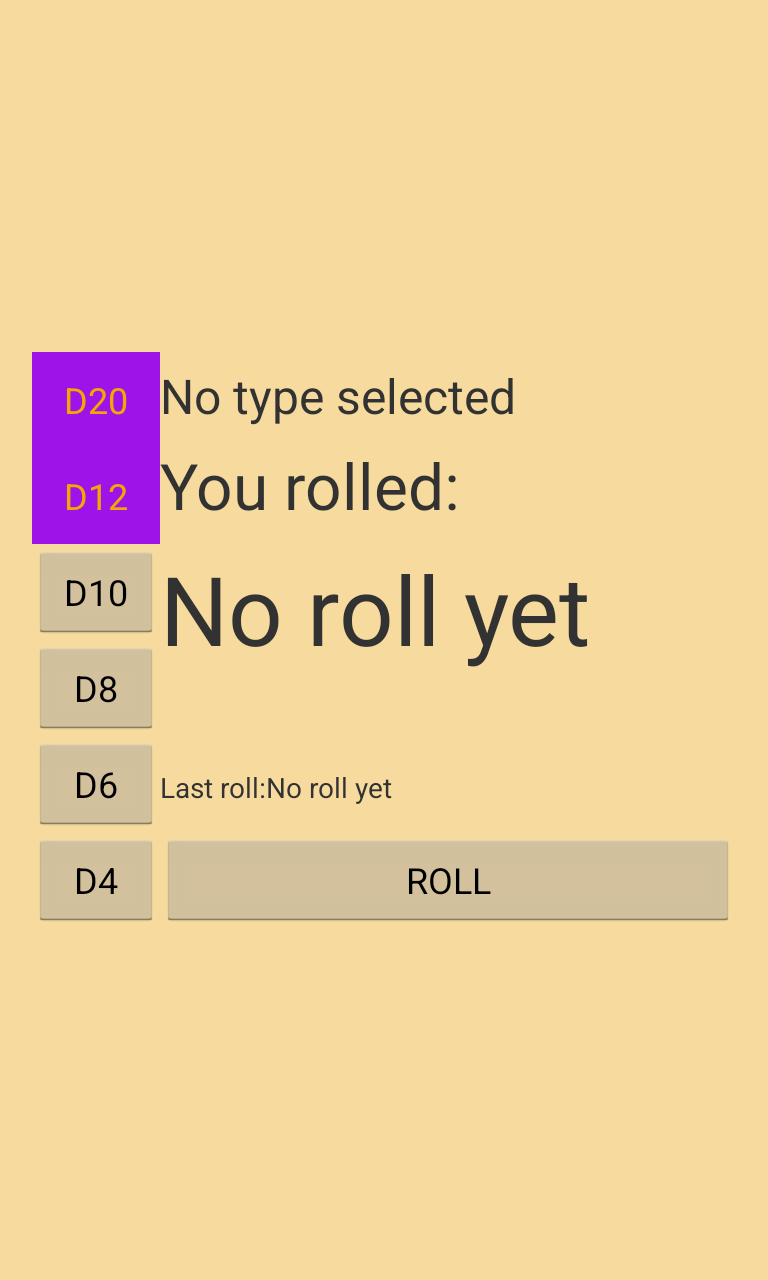
Repository: Bjodol/Roller
Layout: Roller3/res/layout/activity_main.xml
The author's editor kept a copy of each file at every save. The layout is drawn from the files as they stood at one save, then again after the next save.
It is drawn on a 768 x 1280 px phone screen (xhdpi) without system bars, with theme AppTheme; the app's code is not run. The app's manifest (not shown) leaves right-to-left support off. So textAlignment, textDirection and layoutDirection are ignored, and left and right values win over start and end ones.

Above is the layout before, as saved 2013-08-31 08:38:51.

### Roller3/res/layout/activity_main.xml
<RelativeLayout xmlns:android="http://schemas.android.com/apk/res/android"
    xmlns:tools="http://schemas.android.com/tools"
    android:layout_width="fill_parent"
    android:layout_height="fill_parent"
    android:background="@color/Beige"
    android:gravity="center"
    android:paddingBottom="@dimen/activity_vertical_margin"
    android:paddingLeft="@dimen/activity_horizontal_margin"
    android:paddingRight="@dimen/activity_horizontal_margin"
    android:paddingTop="@dimen/activity_vertical_margin"
    tools:context=".MainActivity" >

    <Button
        android:id="@+id/d20"
        android:background="@color/Purple"
        android:textColor="@color/Bronze"
        android:layout_width="wrap_content"
        android:layout_height="wrap_content"
        android:layout_alignParentLeft="true"
        android:onClick="d20"
        android:text="@string/d20" />

    <Button
        android:id="@+id/d12"
        android:background="@color/Purple"
        android:textColor="@color/Bronze"
        android:layout_width="wrap_content"
        android:layout_height="wrap_content"
        android:layout_alignLeft="@+id/d20"
        android:layout_below="@+id/d20"
        android:onClick="d12"
        android:text="@string/d12" />

    <TextView
        android:id="@+id/dice_type"
        android:layout_width="wrap_content"
        android:layout_height="wrap_content"
        android:layout_alignBaseline="@id/d20"
        android:layout_toRightOf="@id/d20"
        android:text="@string/noDiceType"
        android:textAlignment="center"
        android:textSize="24sp" />

    <TextView
        android:id="@+id/current_roll_text"
        android:layout_width="wrap_content"
        android:layout_height="wrap_content"
        android:layout_alignBaseline="@id/d12"
        android:layout_below="@id/dice_type"
        android:layout_toRightOf="@id/d12"
        android:text="@string/youRolled"
        android:textAlignment="center"
        android:textSize="32sp" />

    <TextView
        android:id="@+id/dice_throw"
        android:layout_width="wrap_content"
        android:layout_height="wrap_content"
        android:layout_alignBottom="@+id/d8"
        android:layout_alignTop="@+id/d10"
        android:layout_toRightOf="@id/d20"
        android:text="@string/noRolls"
        android:textAlignment="center"
        android:textSize="48sp" />

    <TextView
        android:id="@+id/last_roll_text"
        android:layout_width="wrap_content"
        android:layout_height="wrap_content"
        android:layout_alignBaseline="@+id/d6"
        android:layout_alignBottom="@+id/d6"
        android:layout_alignLeft="@+id/dice_throw"
        android:text="@string/lastRoll"
        android:textAlignment="center"
        android:textSize="14sp" />

    <TextView
        android:id="@+id/last_roll_value"
        android:layout_width="wrap_content"
        android:layout_height="wrap_content"
        android:layout_alignBaseline="@id/last_roll_text"
        android:layout_toRightOf="@id/last_roll_text"
        android:text="@string/noRolls"
        android:textAlignment="center"
        android:textSize="14sp" />

    <Button
        android:id="@+id/roll_button"
        android:layout_width="match_parent"
        android:layout_height="wrap_content"
        android:layout_alignBaseline="@+id/d4"
        android:layout_alignBottom="@+id/d4"
        android:layout_alignLeft="@+id/last_roll_text"
        android:onClick="roll"
        android:text="@string/roll" />

    <Button
        android:id="@+id/d10"
        android:layout_width="wrap_content"
        android:layout_height="wrap_content"
        android:layout_below="@+id/d12"
        android:layout_toLeftOf="@+id/current_roll_text"
        android:onClick="d10"
        android:text="@string/d10" />

    <Button
        android:id="@+id/d8"
        android:layout_width="wrap_content"
        android:layout_height="wrap_content"
        android:layout_below="@+id/d10"
        android:layout_toLeftOf="@+id/current_roll_text"
        android:onClick="d8"
        android:text="@string/d8" />

    <Button
        android:id="@+id/d6"
        android:layout_width="wrap_content"
        android:layout_height="wrap_content"
        android:layout_below="@+id/d8"
        android:layout_toLeftOf="@+id/current_roll_text"
        android:onClick="d6"
        android:text="@string/d6" />

    <Button
        android:id="@+id/d4"
        android:layout_width="wrap_content"
        android:layout_height="wrap_content"
        android:layout_below="@+id/d6"
        android:layout_toLeftOf="@+id/current_roll_text"
        android:onClick="d4"
        android:text="@string/d4" />

</RelativeLayout>

### Roller3/res/values/strings.xml
<?xml version="1.0" encoding="utf-8"?>
<resources>

    <string name="app_name">Roller</string>
    <string name="action_settings">Settings</string>
    <string name="d20">D20</string>
    <string name="d12">D12</string>
    <string name="d10">D10</string>
    <string name="d8">D8</string>
    <string name="d6">D6</string>
    <string name="d4">D4</string>
    <string name="roll">ROLL</string>
    <string name="youRolled">You rolled:</string>
    <string name="noRolls">No roll yet</string>
    <string name="lastRoll">Last roll:</string>
    <string name="noDiceType">No type selected</string>
    <color name="Purple">#9e14e8</color>
    <color name="Beige">#f7db9e</color>
    <color name="Bronze">#F0A804</color>

</resources>

Loaded but not shown: Roller3/res/values/styles.xml (common file); Roller3/res/values-v11/styles.xml (common file); Roller3/res/values-v14/styles.xml (common file); Roller3/res/values/dimens.xml (common file)

After the next save:
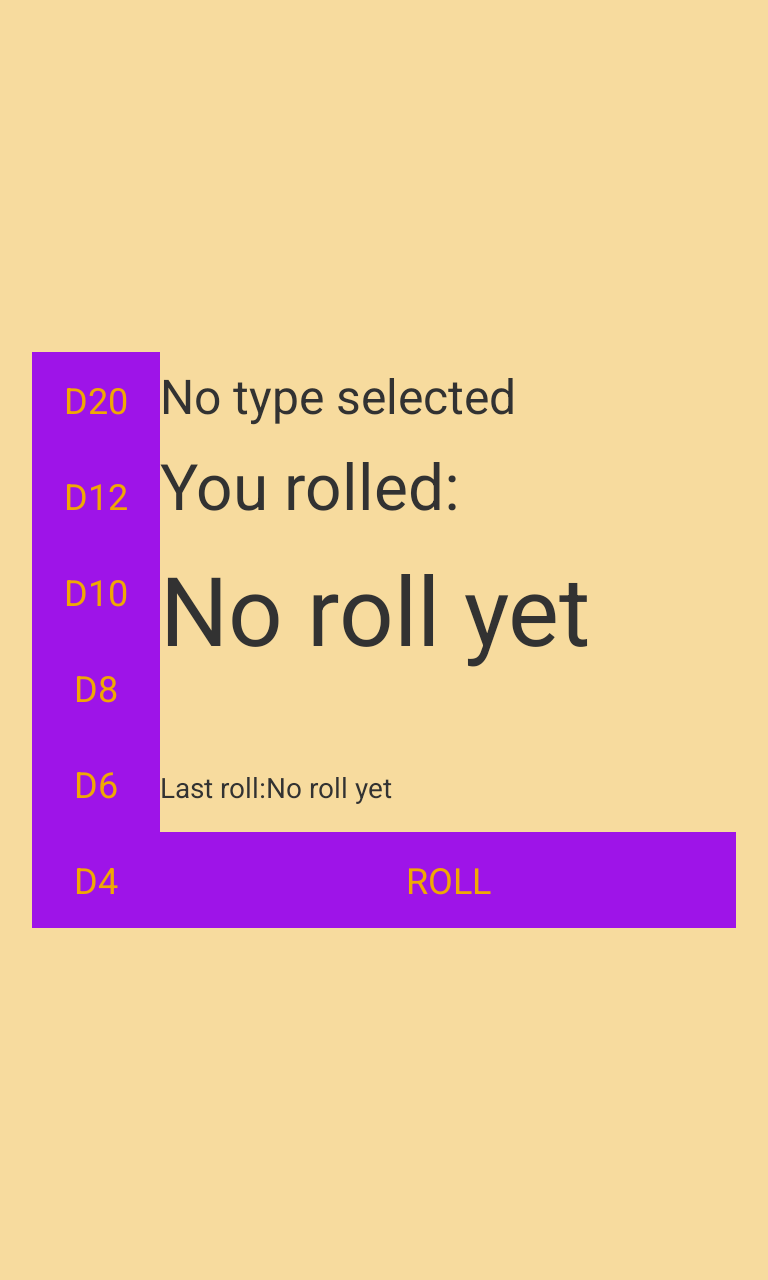
Saved 19 s later.
--- a/Roller3/res/layout/activity_main.xml
+++ b/Roller3/res/layout/activity_main.xml
@@ -86,6 +86,8 @@
 
     <Button
         android:id="@+id/roll_button"
+        android:background="@color/Purple"
+        android:textColor="@color/Bronze"
         android:layout_width="match_parent"
         android:layout_height="wrap_content"
         android:layout_alignBaseline="@+id/d4"
@@ -96,6 +98,8 @@
 
     <Button
         android:id="@+id/d10"
+        android:background="@color/Purple"
+        android:textColor="@color/Bronze"
         android:layout_width="wrap_content"
         android:layout_height="wrap_content"
         android:layout_below="@+id/d12"
@@ -105,6 +109,8 @@
 
     <Button
         android:id="@+id/d8"
+        android:background="@color/Purple"
+        android:textColor="@color/Bronze"
         android:layout_width="wrap_content"
         android:layout_height="wrap_content"
         android:layout_below="@+id/d10"
@@ -114,6 +120,8 @@
 
     <Button
         android:id="@+id/d6"
+        android:background="@color/Purple"
+        android:textColor="@color/Bronze"
         android:layout_width="wrap_content"
         android:layout_height="wrap_content"
         android:layout_below="@+id/d8"
@@ -123,6 +131,8 @@
 
     <Button
         android:id="@+id/d4"
+        android:background="@color/Purple"
+        android:textColor="@color/Bronze"
         android:layout_width="wrap_content"
         android:layout_height="wrap_content"
         android:layout_below="@+id/d6"
